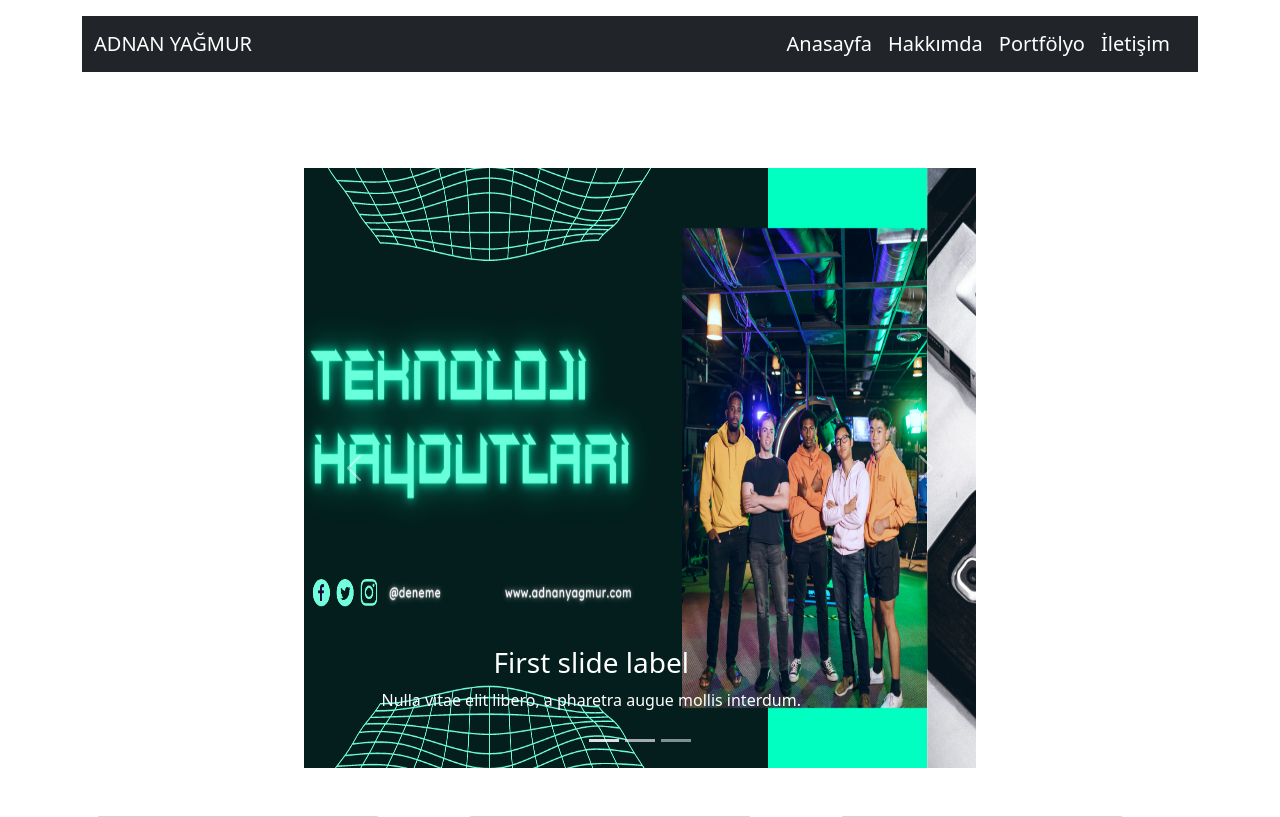
Repository: adnanyagmur/react-bootstrap-example
Page: /
These files come from the project's save history. The page is drawn as it stood at one moment and after the next save; the edit follows.
The browser window is 1280 px wide. The pictures show the part of the page from y = 0 to 817 px (the page is 1772 px tall).
Pictures or frames that could not be fetched are drawn as grey boxes. The project was rebuilt for these pictures with package versions that can differ from the ones it lists, and the page was loaded fresh each time.

Above is the page before, as saved 2022-06-29 11:27:24.

### src/index.js
import React from 'react';
import ReactDOM from 'react-dom/client';
import '../node_modules/bootstrap/dist/css/bootstrap.min.css';
import SSRProvider from 'react-bootstrap/SSRProvider';
import App from './App';


const root = ReactDOM.createRoot(document.getElementById('root'));
root.render(
  <React.StrictMode>
  <SSRProvider>
  <App />
</SSRProvider>
  </React.StrictMode>
);

### src/App.js
import { Container } from "react-bootstrap";
import  Appbar  from "./appComponents/Appbar.jsx";
import AppContainer from "./appComponents/AppContainer.jsx";
import Slider from "./appComponents/Slider.jsx";

function App() {

 return (
<Container>


<Appbar></Appbar>

<Slider></Slider>


  <AppContainer></AppContainer>
  </Container>
  );
}

export default App;

### src/appComponents/Appbar.jsx

const Appbar =()=>{

    return(
        <>
  <nav className="navbar navbar-dark bg-dark mb-5 mt-3">
  <div className="container-fluid">
    <a href="/" className="navbar-brand">ADNAN YAĞMUR</a>
    <form className="d-flex" role="search">
    <a href="/" className="navbar-brand">Anasayfa</a>
    <a href="/" className="navbar-brand">Hakkımda</a>
    <a href="/" className="navbar-brand">Portfölyo</a>
    <a href="/" className="navbar-brand">İletişim</a>

    </form>
  </div>
</nav>

</>
    )
}

export default Appbar;

### src/appComponents/AppContainer.jsx
import {Container,Card,Button, Row, Col} from "react-bootstrap"

const AppContainer = () => {

    return (
       <Container>
        <Row>
        <Col sm={8}>

            </Col>
        <Col sm={4}>

        </Col>

        </Row>
        <Row>
            <Col><Card style={{ width: '18rem' }}>

                <Card.Img className="p-3" variant="top" src="https://picsum.photos/200/200" />

                <Card.Body>
                    <Card.Title>Card Title</Card.Title>
                    <Card.Text>
                        Some quick example text to build on the card title and make up the bulk of
                        the card's content.
                    </Card.Text>
                    <Button variant="primary">Go somewhere</Button>
                </Card.Body>
            </Card></Col>
            <Col><Card style={{ width: '18rem' }}>

                <Card.Img className="p-3" variant="top" src="https://picsum.photos/200/200" />

                <Card.Body>
                    <Card.Title>Card Title</Card.Title>
                    <Card.Text>
                        Some quick example text to build on the card title and make up the bulk of
                        the card's content.
                    </Card.Text>
                    <Button variant="primary">Go somewhere</Button>
                </Card.Body>
            </Card></Col>
            <Col><Card style={{ width: '18rem' }}>

                <Card.Img className="p-3" variant="top" src="https://picsum.photos/200/200" />

                <Card.Body>
                    <Card.Title>Card Title</Card.Title>
                    <Card.Text>
                        Some quick example text to build on the card title and make up the bulk of
                        the card's content.
                    </Card.Text>
                    <Button variant="primary">Go somewhere</Button>
                </Card.Body>
            </Card></Col>
            <Col>
            <Card style={{ width: '18rem' }}>

                <Card.Img className="p-3" variant="top" src="https://picsum.photos/200/200" />

                <Card.Body>
                    <Card.Title>Card Title</Card.Title>
                    <Card.Text>
                        Some quick example text to build on the card title and make up the bulk of
                        the card's content.
                    </Card.Text>
                    <Button variant="primary">Go somewhere</Button>
                </Card.Body>
            </Card>
            </Col>
            </Row>
            </Container>


    )
}

export default AppContainer;

### src/appComponents/Slider.jsx
import { Carousel, Col, Container, Row, } from "react-bootstrap"
import Logo1 from "../assets/Logo1.png";
import Logo2 from "../assets/Logo2.png";
import Logo3 from "../assets/Logo3.png";

const Slider = () => {

  return (

  <Container className="p-5">
    <Row>
      <Col sm={2}></Col>
      <Col>
        <Carousel>
          <Carousel.Item interval={1000}>
            <img
              className="d-block w-100"
              src={Logo1}
              alt="First slide"
              height="600"
            />
            <Carousel.Caption>
              <h3>First slide label</h3>
              <p>Nulla vitae elit libero, a pharetra augue mollis interdum.</p>
            </Carousel.Caption>
          </Carousel.Item>
          <Carousel.Item interval={1000}>
            <img
              className="d-block w-100"
              src={Logo2}
              alt="Second slide"
              height="600"
            />
            <Carousel.Caption>
              <h3>Second slide label</h3>
              <p>Lorem ipsum dolor sit amet, consectetur adipiscing elit.</p>
            </Carousel.Caption>
          </Carousel.Item>
          <Carousel.Item interval={1000}>
            <img
              className="d-block w-100"
              src={Logo3}
              alt="Third slide"
              height="600"
            />
            <Carousel.Caption>
              <h3>Third slide label</h3>
              <p>Praesent commodo cursus magna, vel scelerisque nisl consectetur.</p>
            </Carousel.Caption>
          </Carousel.Item>
        </Carousel>
      </Col>
      <Col sm={2}>
      </Col>
    </Row>
  </Container>

  )
}
export default Slider;

Loaded but not shown: public/index.html (common file)

After the next save:
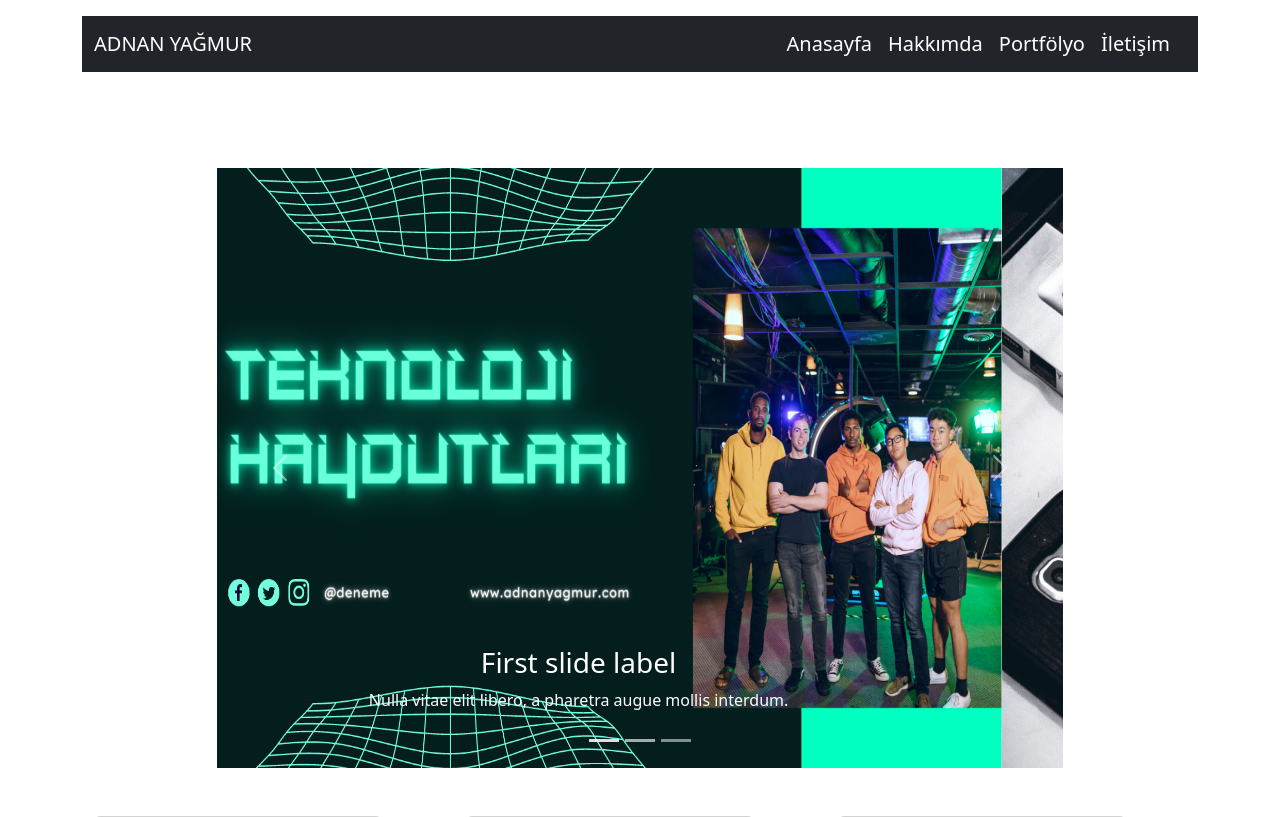
Saved 10 s later.
--- a/src/appComponents/Slider.jsx
+++ b/src/appComponents/Slider.jsx
@@ -9,7 +9,7 @@ const Slider = () => {
 
   <Container className="p-5">
     <Row>
-      <Col sm={2}></Col>
+      <Col sm={1}></Col>
       <Col>
         <Carousel>
           <Carousel.Item interval={1000}>
@@ -50,7 +50,7 @@ const Slider = () => {
           </Carousel.Item>
         </Carousel>
       </Col>
-      <Col sm={2}>
+      <Col sm={1}>
       </Col>
     </Row>
   </Container>
